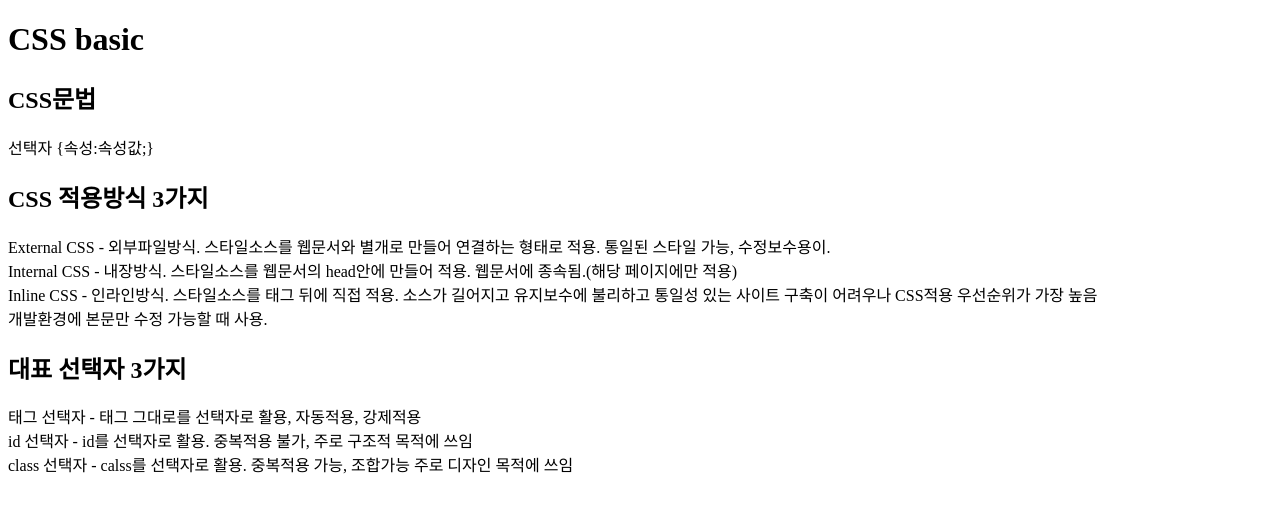
Repository: Git-Seokcoding/WEB
Page: CSS3/src/main/webapp/basic.html
The author's editor kept a copy of each file at every save. The page is drawn from the files as they stood at one save, then again after the next save.
The browser window is 1280 px wide. The pictures show the whole page.

Above is the page before, as saved 2023-10-12 07:40:59.

### CSS3/src/main/webapp/basic.html
<!DOCTYPE html>
<html>
<head>
<meta charset="UTF-8">
<title>CSS basic</title>
</head>
<body>
	<h1>CSS basic</h1>
	<h2>CSS문법</h2>
	<p>선택자 {속성:속성값;}</p>

	<h2>CSS 적용방식 3가지</h2>
		External CSS - 외부파일방식. 스타일소스를 웹문서와 별개로 만들어 연결하는 형태로 적용.
		통일된 스타일 가능, 수정보수용이.<br>
		Internal CSS - 내장방식. 스타일소스를 웹문서의 head안에 만들어 적용.
		웹문서에 종속됨.(해당 페이지에만 적용)<br>
		Inline CSS   - 인라인방식. 스타일소스를 태그 뒤에 직접 적용.
		소스가 길어지고 유지보수에 불리하고 통일성 있는 사이트 구축이 어려우나 CSS적용 우선순위가 가장 높음<br>
		개발환경에 본문만 수정 가능할 때 사용.<br>

	<h2>대표 선택자 3가지</h2>
	태그 선택자  - 태그 그대로를 선택자로 활용, 자동적용, 강제적용<br>
	id 선택자 - id를 선택자로 활용. 중복적용 불가, 주로 구조적 목적에 쓰임<br>
	class 선택자 - calss를 선택자로 활용. 중복적용 가능, 조합가능 주로 디자인 목적에 쓰임<br>
</body>
</html>

After the next save:
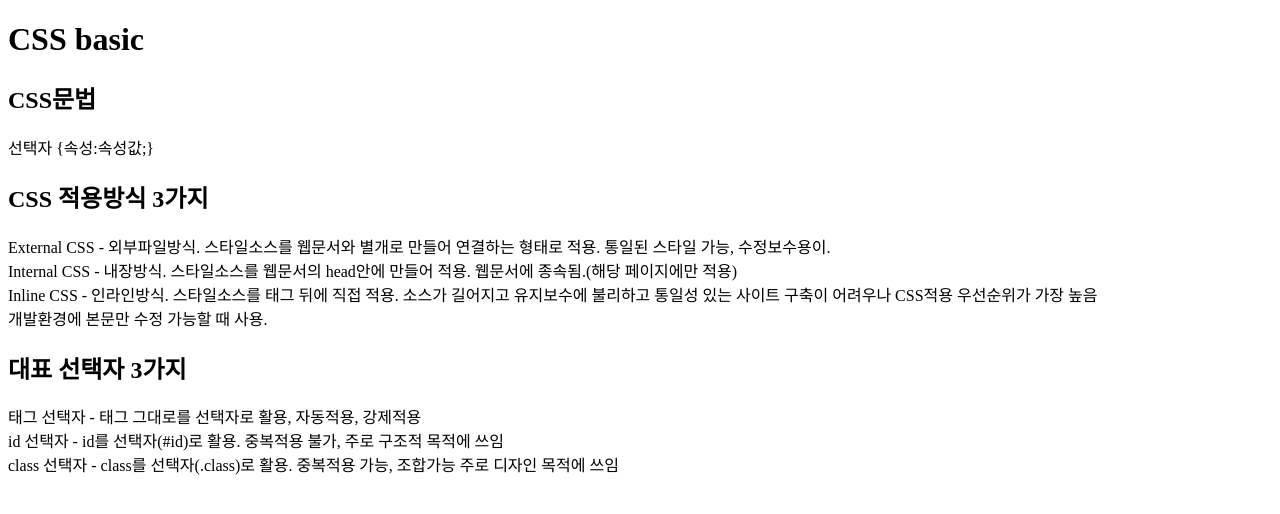
Saved 11 min 22 s later.
--- a/CSS3/src/main/webapp/basic.html
+++ b/CSS3/src/main/webapp/basic.html
@@ -20,7 +20,7 @@
 
 	<h2>대표 선택자 3가지</h2>
 	태그 선택자  - 태그 그대로를 선택자로 활용, 자동적용, 강제적용<br>
-	id 선택자 - id를 선택자로 활용. 중복적용 불가, 주로 구조적 목적에 쓰임<br>
-	class 선택자 - calss를 선택자로 활용. 중복적용 가능, 조합가능 주로 디자인 목적에 쓰임<br>
+	id 선택자 - id를 선택자(#id)로 활용. 중복적용 불가, 주로 구조적 목적에 쓰임<br>
+	class 선택자 - class를 선택자(.class)로 활용. 중복적용 가능, 조합가능 주로 디자인 목적에 쓰임<br>
 </body>
 </html>
